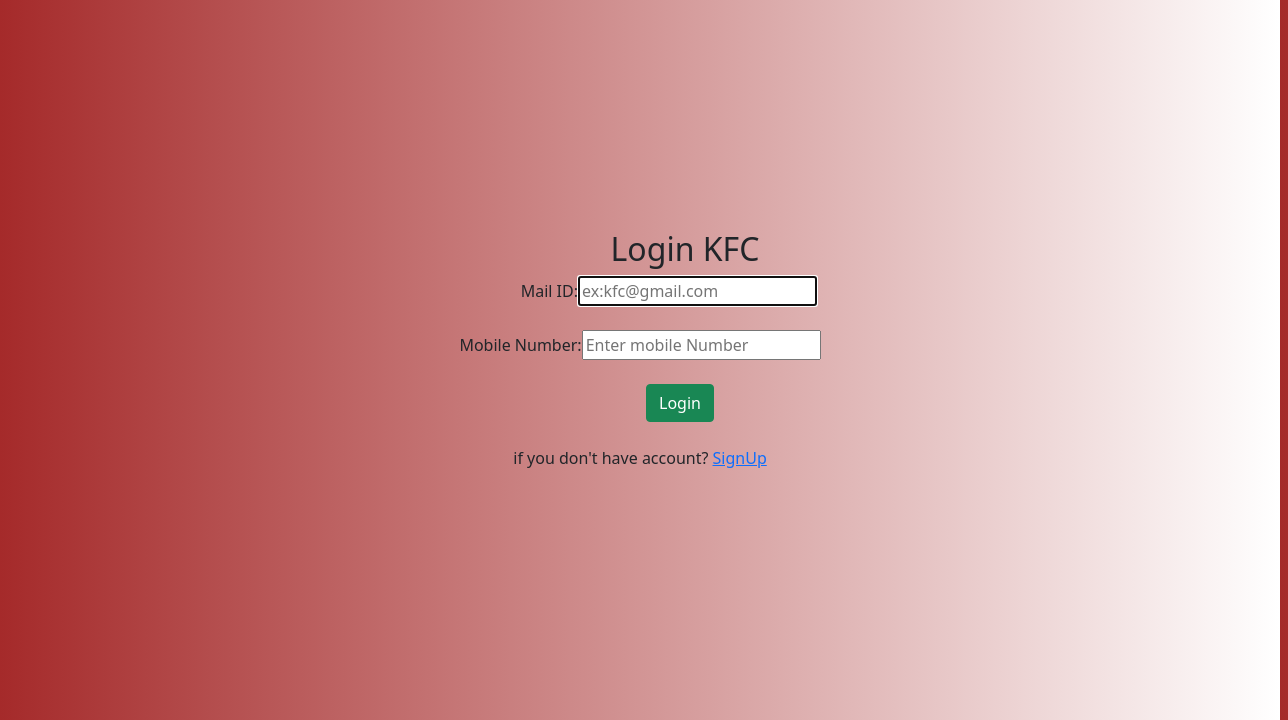
Repository: selvakumar46/Project-Maven
Page: http://localhost/ProjectKFC/login.jsp
The author's editor kept a copy of each file at every save. The page is drawn from the files as they stood at one save, then again after the next save.
The browser window is 1280 px wide. The page is 1288 px wide, so the pictures cover 1288 px, including what lies to the right of the window. The pictures show the whole page.
The page is served by Tomcat 9. Nobody is signed in. The application's start-up code is not run.

Above is the page before, as saved 2022-01-10 07:34:10.

After the next save:
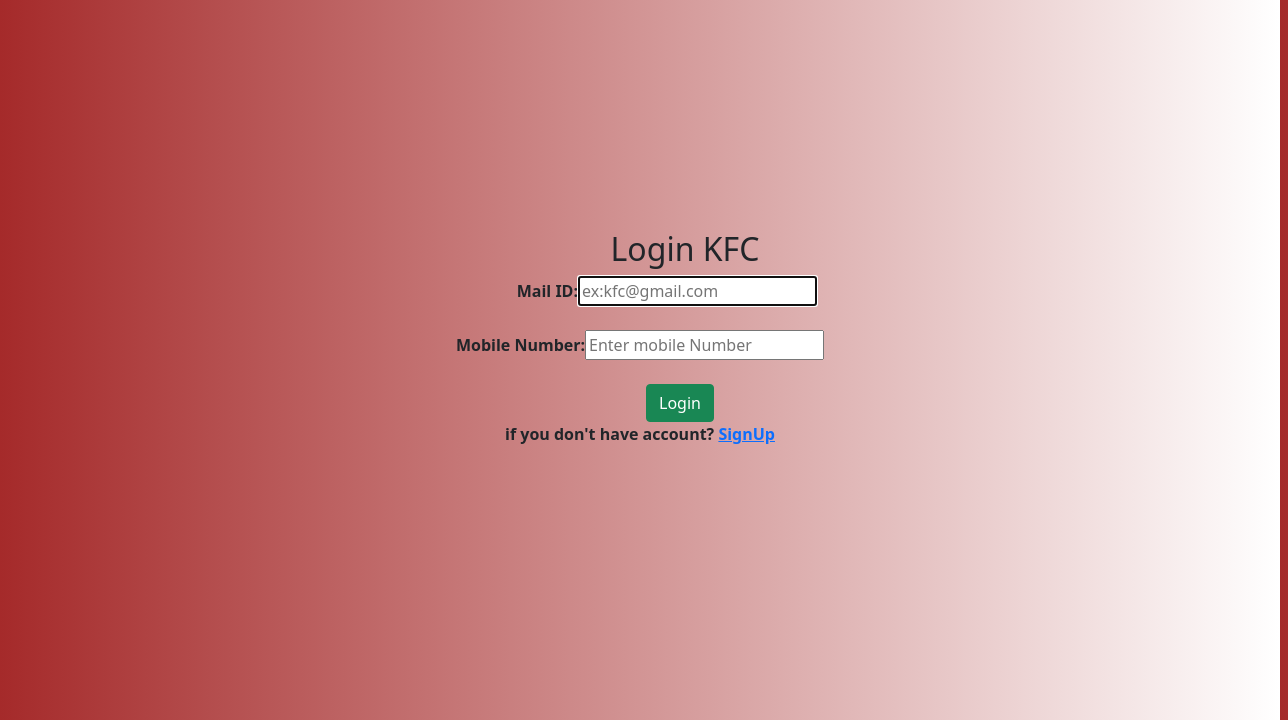
Saved 13 min 8 s later.
--- a/ProjectKFC/src/main/webapp/login.jsp
+++ b/ProjectKFC/src/main/webapp/login.jsp
@@ -36,6 +36,7 @@
       button {
 	margin-right:-80px; ;
 }
+
 </style>
 </head>
 <body>
@@ -45,7 +46,7 @@
 
 
 			<h2 align="center" ma >Login KFC</h2>
-			<label> Mail ID:</label><input type="email" name="mailId" autofocus required placeholder="ex:kfc@gmail.com"> <br> <br>
+			<label> <b>Mail ID:</label><input type="email" name="mailId" autofocus required placeholder="ex:kfc@gmail.com"> <br> <br>
 			</label>Mobile Number:</label><input type="number" name="mobileNumber" required placeholder="Enter mobile Number"> <br>
 			<br>
 			<button type="submit" class="btn btn-success">Login</button>
